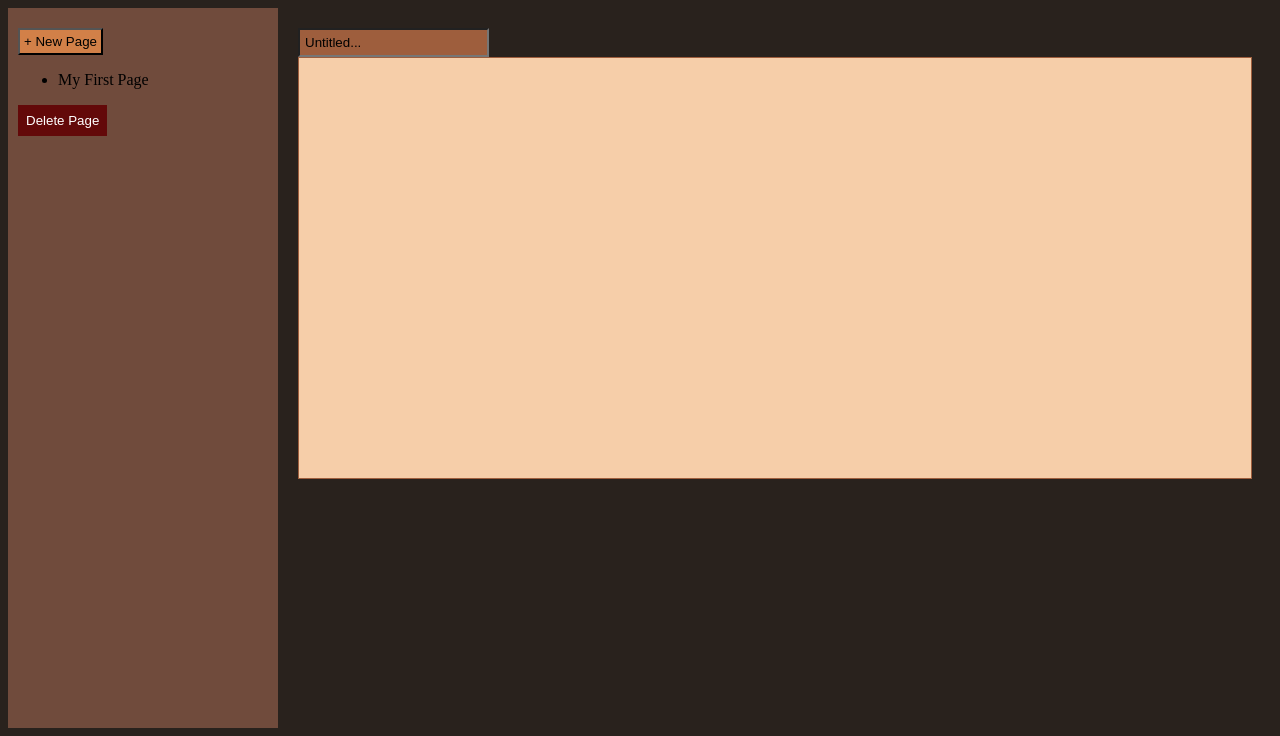
Repository: Dharshinimk-521/notes-app
Page: index.html
These files come from the project's save history. The page is drawn as it stood at one moment and after the next save; the edit follows.
The browser window is 1280 px wide. The pictures show the whole page.

Above is the page before, as saved 2026-04-18 22:07:05.

### index.html
<!DOCTYPE html>
<html lang="en">
    <head>
        <meta charset="UTF-8">
        <meta name="viewport" content="width=device-width, initial-scale=1.0">
        <title>Notes App</title>
        <link rel="stylesheet" href="style.css">
        <script src="app.js" defer></script>
    </head>
    <body>
    <div class="app">

        <aside class="sidebar">
        <button id="newPageBtn">+ New Page</button>
        <ul id="pageList"></ul>
        <button id="deletePageBtn"> Delete Page</button>
        </aside>

        <main class="editor">
        <input id="pageTitle" placeholder="Untitled..." />
        <div id="editorArea" contenteditable="true"></div>
        </main>

    </div>


    </body>
</html>

### style.css
body{
    background-color: #29221D;
}
.app {
  margin: 0;
  display: flex;
  height: 100vh;

}

.sidebar {
  width: 250px;
  background: #704B3C;
  padding: 10px;
}

.editor {
  flex: 1;
  padding: 20px;
}

#editorArea {
  min-height: 400px;
  background-color: #F6CEA9;
  border: 1px solid #9E5E3D;
  padding: 10px;
}
#newPageBtn{
 background-color: #D28048;
 padding: 4px;
 margin-top: 10px;
}
#pageTitle{
    padding:5px;
    background-color: #9E5E3D;
    color: black;
}
::placeholder{
    color:black;
    opacity: 1
}
#deletePageBtn {
  margin-bottom: 90px;
  background: #630909;
  color: white;
  border: none;
  padding: 8px;
  cursor: pointer;
}

### app.js
// Load pages from localStorage OR use default
let pages = JSON.parse(localStorage.getItem("pages")) || [
  {
    id: "123",
    title: "My First Page",
    content: "<p>Hello world</p>"
  }
];

let currentPageId = null;

// Save all pages
function savePages() {
  localStorage.setItem("pages", JSON.stringify(pages));
}

// Create new page
function createPage() {
  const newPage = {
    id: Date.now().toString(),
    title: "Untitled",
    content: ""
  };

  pages.push(newPage);
  savePages();
  renderPages();
  openPage(newPage.id);
}

// Render sidebar
function renderPages() {
  const pageList = document.getElementById("pageList");
  pageList.innerHTML = "";

  pages.forEach((page) => {
    const li = document.createElement("li");
    li.textContent = page.title;

    if (page.id === currentPageId) {
      li.style.background = "#ddd";
    }

    li.onclick = () => openPage(page.id);

    pageList.appendChild(li);
  });
}

// Open page
function openPage(id) {
    console.log("Opening page:", id);
  const page = pages.find(p => p.id === id);
  currentPageId = id;

  if (!page) return;

  document.getElementById("pageTitle").value = page.title;
  document.getElementById("editorArea").innerHTML = page.content;
}

// Auto save current page
function saveCurrentPage() {
  const page = pages.find(p => p.id === currentPageId);
  if (!page) return;

  page.title = document.getElementById("pageTitle").value;
  page.content = document.getElementById("editorArea").innerHTML;

  savePages();
}
//del func
function deleteCurrentPage() {
  if (!currentPageId) return;

  const confirmDelete = confirm("Delete this page?");
  if (!confirmDelete) return;

  pages = pages.filter(p => p.id !== currentPageId);

  savePages();
  renderPages();

  if (pages.length > 0) {
    openPage(pages[0].id);
  } else {
    currentPageId = null;
    document.getElementById("pageTitle").value = "";
    document.getElementById("editorArea").innerHTML = "";
  }
}
// Event listeners
document.getElementById("newPageBtn").onclick = createPage;
document.getElementById("editorArea").addEventListener("input", saveCurrentPage);
document.getElementById("pageTitle").addEventListener("input", saveCurrentPage);
document.getElementById("deletePageBtn").onclick = deleteCurrentPage;
// Initial render
renderPages();

After the next save:
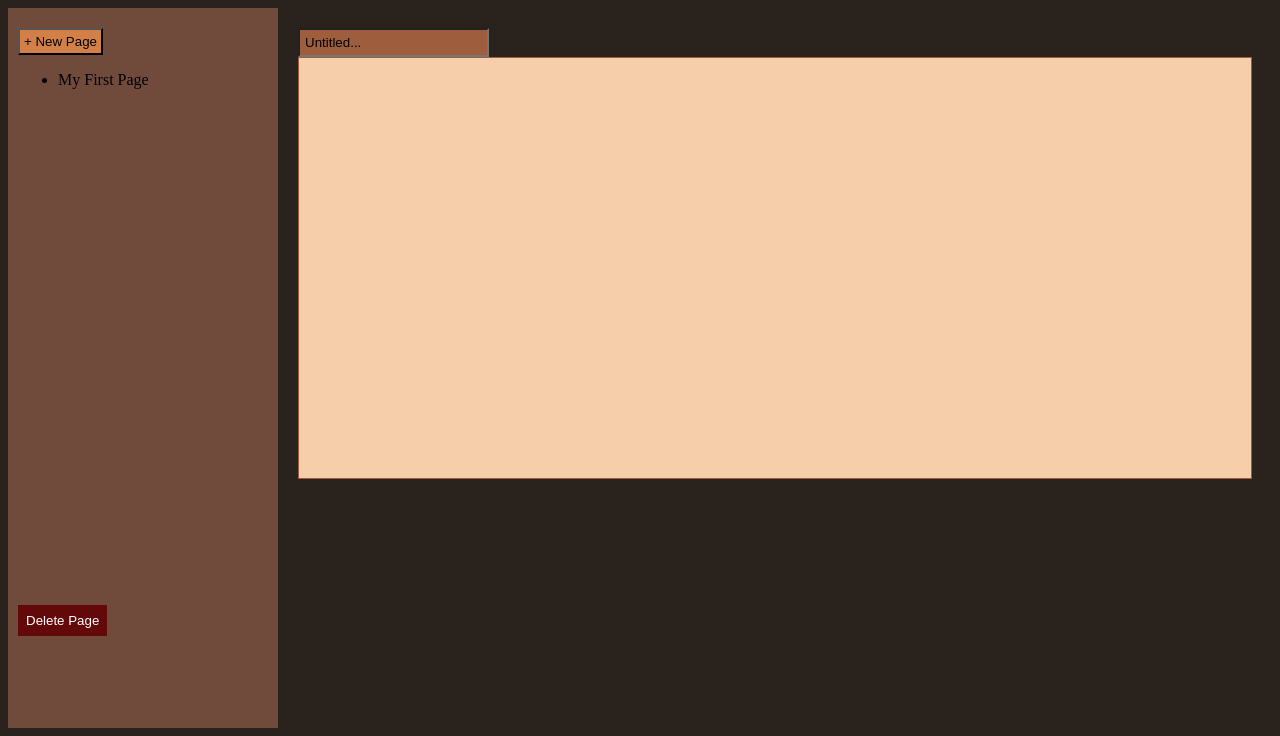
Saved 33 s later.
--- a/style.css
+++ b/style.css
@@ -40,6 +40,7 @@ body{
     opacity: 1
 }
 #deletePageBtn {
+    margin-top: 500px;
   margin-bottom: 90px;
   background: #630909;
   color: white;
